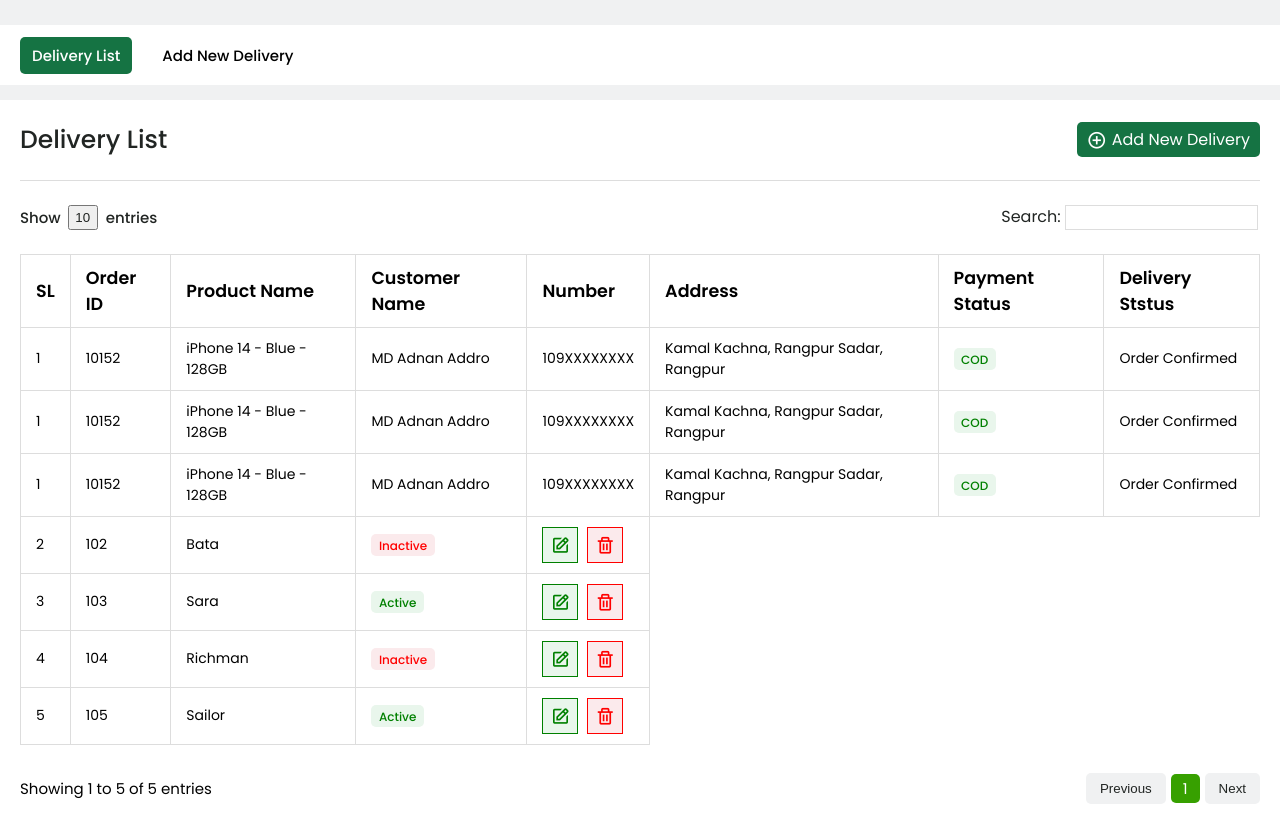
Repository: codebyaddro/delivery-page
Page: delivery.html
The author's editor kept a copy of each file at every save. The page is drawn from the files as they stood at one save, then again after a run of saves.
The browser window is 1280 px wide. The pictures show the whole page.

Above is the page before, as saved 2025-02-27 13:58:03.

After the next 3 saves:
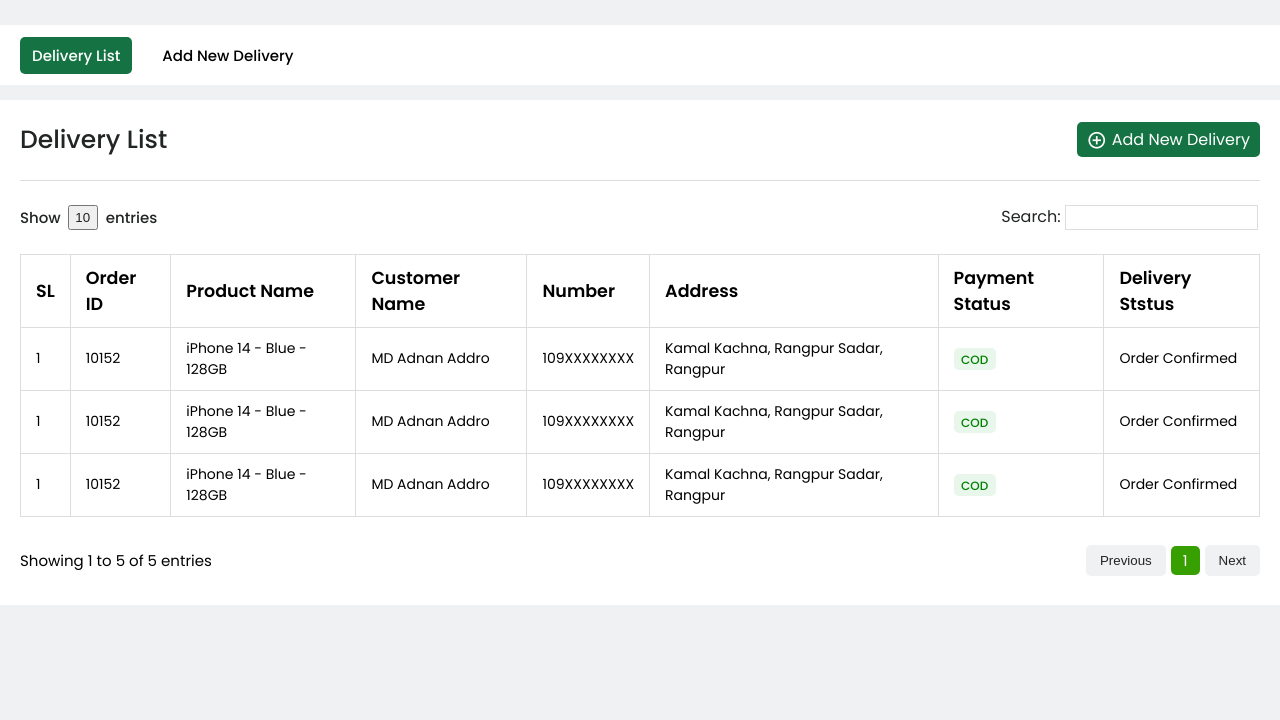
The 3 saves are shown as one change because they came seconds apart.
The last was saved 10 s later.
--- a/delivery.html
+++ b/delivery.html
@@ -85,46 +85,6 @@
                             <td><span class="active">COD</span></td>
                             <td><span>Order Confirmed</span></td>
                         </tr>
-                        <tr>
-                            <td>2</td>
-                            <td>102</td>
-                            <td>Bata</td>
-                            <td><span class="inactive">Inactive</span></td>
-                            <td>
-                                <a title="Edit" href="#"><i class='edit-icon bx bx-edit'></i></a>
-                                <a title="Delete" href="#"><i class='delete-icon bx bx-trash'></i></a>
-                            </td>
-                        </tr>
-                        <tr>
-                            <td>3</td>
-                            <td>103</td>
-                            <td>Sara</td>
-                            <td><span class="active">Active</span></td>
-                            <td>
-                                <a title="Edit" href="#"><i class='edit-icon bx bx-edit'></i></a>
-                                <a title="Delete" href="#"><i class='delete-icon bx bx-trash'></i></a>
-                            </td>
-                        </tr>
-                        <tr>
-                            <td>4</td>
-                            <td>104</td>
-                            <td>Richman</td>
-                            <td><span class="inactive">Inactive</span></td>
-                            <td>
-                                <a title="Edit" href="#"><i class='edit-icon bx bx-edit'></i></a>
-                                <a title="Delete" href="#"><i class='delete-icon bx bx-trash'></i></a>
-                            </td>
-                        </tr>
-                        <tr>
-                            <td>5</td>
-                            <td>105</td>
-                            <td>Sailor</td>
-                            <td><span class="active">Active</span></td>
-                            <td>
-                                <a title="Edit" href="#"><i class='edit-icon bx bx-edit'></i></a>
-                                <a title="Delete" href="#"><i class='delete-icon bx bx-trash'></i></a>
-                            </td>
-                        </tr>
                     </tbody>
                 </table>
             </div>
